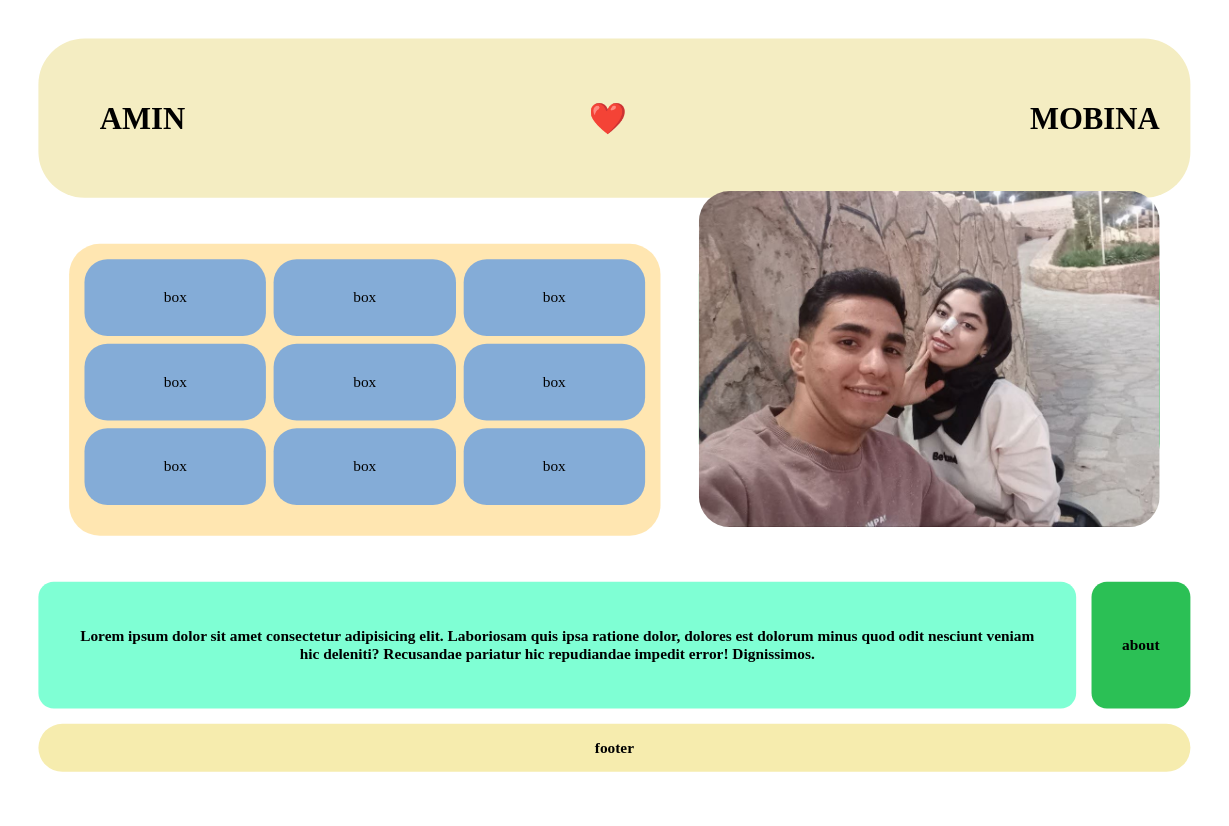
Repository: aminsheikhan/amins-github
Page: ui1.html
These files come from the project's save history. The page is drawn as it stood at one moment and after the next save; the edit follows.
The browser window is 1280 px wide. The pictures show the whole page, at 96% of full size.

Above is the page before, as saved 2026-01-07 18:10:04.

### ui1.html
<!DOCTYPE html>
<html lang="en">

<head>
    <meta charset="UTF-8">
    <meta name="viewport"">
    <title>Css Position</title>
    <link rel="stylesheet" href="./ui1.css">

</head>

<body>
    <header class="header">

        <!-- <navbar class="navbar">
            <a href="#">Home</a>
            <a href="#">Courses</a>
            <a href="#">About Me</a>

        </navbar> -->

        <h1 class="Brand">AMIN</h1>
        <h3 class="haert">❤️</h3>
        <h2 class="navbar">MOBINA</h2>

    </header>

    <div class="main">

        <div class="content">
            <div class="course-list">

                <div class="box"><span>box</span></div>
                <div class="box"><span>box</span></div>
                <div class="box"><span>box</span></div>
                <div class="box"><span>box</span></div>
                <div class="box"><span>box</span></div>
                <div class="box"><span>box</span></div>
                <div class="box"><span>box</span></div>
                <div class="box"><span>box</span></div>
                <div class="box"><span>box</span></div>

            </div>
        </div>
        <div class="sidebar">
            <!-- <span>sidebar</span> -->
            <img class="imgg"  src="one.png" alt="hourseoto">

        </div>

    </div>

    <div class="main-second">
        <div class="intro-box">
            <span>about</span>
        </div>

        <div class="about-section">
            <p>Lorem ipsum dolor sit amet consectetur adipisicing elit. Laboriosam quis ipsa ratione dolor, dolores est dolorum minus quod odit nesciunt veniam hic deleniti? Recusandae pariatur hic repudiandae impedit error! Dignissimos.</p>

        </div>

    </div>

    <div class="footer">
        <span>footer</span>
    </div>

</body>

</html>

### ui1.css
html {
    font-size: 100%;
}

body{
    padding: 2rem;
}

.header {
    background-color:#f4edc2 ;
    border-radius: 3rem;
    margin-bottom: 1rem;
    padding: 2rem;
    display: flex;
    align-items: center;
    justify-content: space-between;
}

.header .Brand {
    font-weight: bold;
    font-size: 2rem;
    margin-left: 2rem;
}

.header .haert{
    font-weight: bold;
    font-size: 2rem;
    margin-left: 2rem;
}

.header .navbar {
    font-weight: bold;
    font-size: 2rem;
    margin-left: 2rem;
}

.main {

    padding: 2rem;
    margin-bottom: 1rem;
    border-radius: 3rem;
    display: flex;
    gap: 2.5rem;
}

.sidebar{
    background-color: #2bc055;
    flex-basis: 30%;
    display: flex;
    justify-content: center;
    align-items: center;
    font-size: 1rem;
    font-weight: bold;
    border-radius: 2rem;
    max-width: 30rem;
    max-height: 15rem;
}

.content{
    background-color: rgba(255, 223, 155, 0.779);
    padding: 1rem;
    flex-basis: 70%;
    border-radius: 2rem;
}

.content .course-list{

    flex-wrap: wrap ;
    margin-bottom: 1rem;
    display: flex;
    gap: 0.5rem;
}

.content .course-list .box{
    background-color: rgba(0, 110, 255, 0.483);
    flex-grow: 1;
    display: flex;
    justify-content: center;
    align-items: center;
    height: 5rem;
    border-radius: 1.5rem;
    flex-basis: calc(33.33% - 0.5rem);
    min-height: ;
}

.main-second {

    margin-bottom: 1rem;
    display: flex;
    flex-direction: row-reverse;
    gap: 1rem;
    text-align: center;

}

.imgg{
    min-height: 100%;
    min-width: 100%;
    border-radius: 2rem;
}

.intro-box{
    background-color: #2bc055;
    padding: 2rem;
    border-radius: 1rem;
    font-weight: bold;
    display: flex;
    align-items: center;
    justify-content: center;
}

.about-section{
    background-color: aquamarine;
    padding: 2rem;
    border-radius: 1rem;
    font-weight: bold;
    display: flex;
    align-items: center;
    justify-content: center;
}

.footer{
    background-color:#f6ecae ;
    margin-bottom: 1rem;
    padding: 1rem;
    text-align: center;
    border-radius: 2rem;
    font-weight: bold;
    justify-content: center;
}

After the next save:
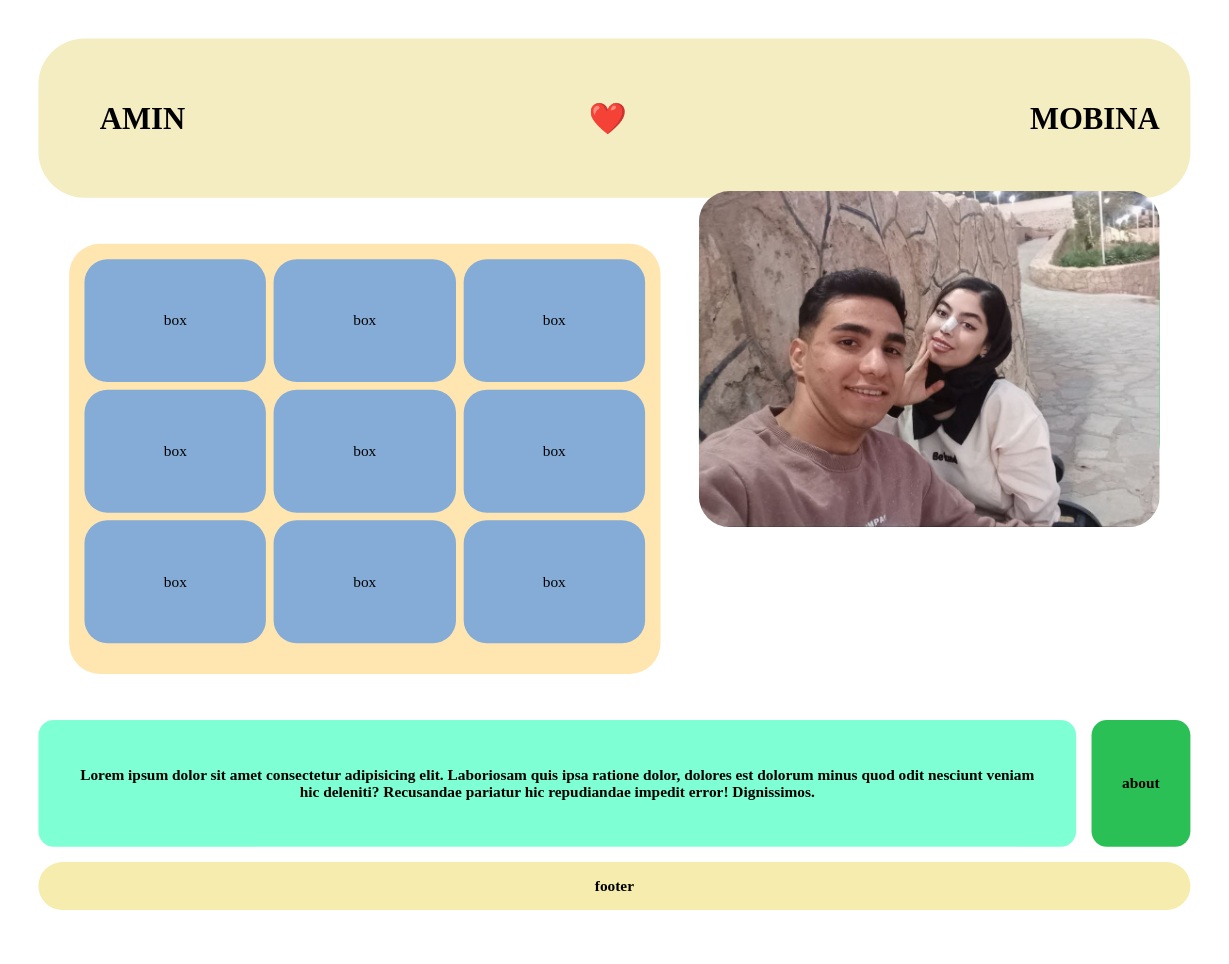
Saved 8 s later.
--- a/ui1.css
+++ b/ui1.css
@@ -80,7 +80,7 @@
     height: 5rem;
     border-radius: 1.5rem;
     flex-basis: calc(33.33% - 0.5rem);
-    min-height: ;
+    min-height: 8rem;
 }
 
 .main-second {

After the save that followed:
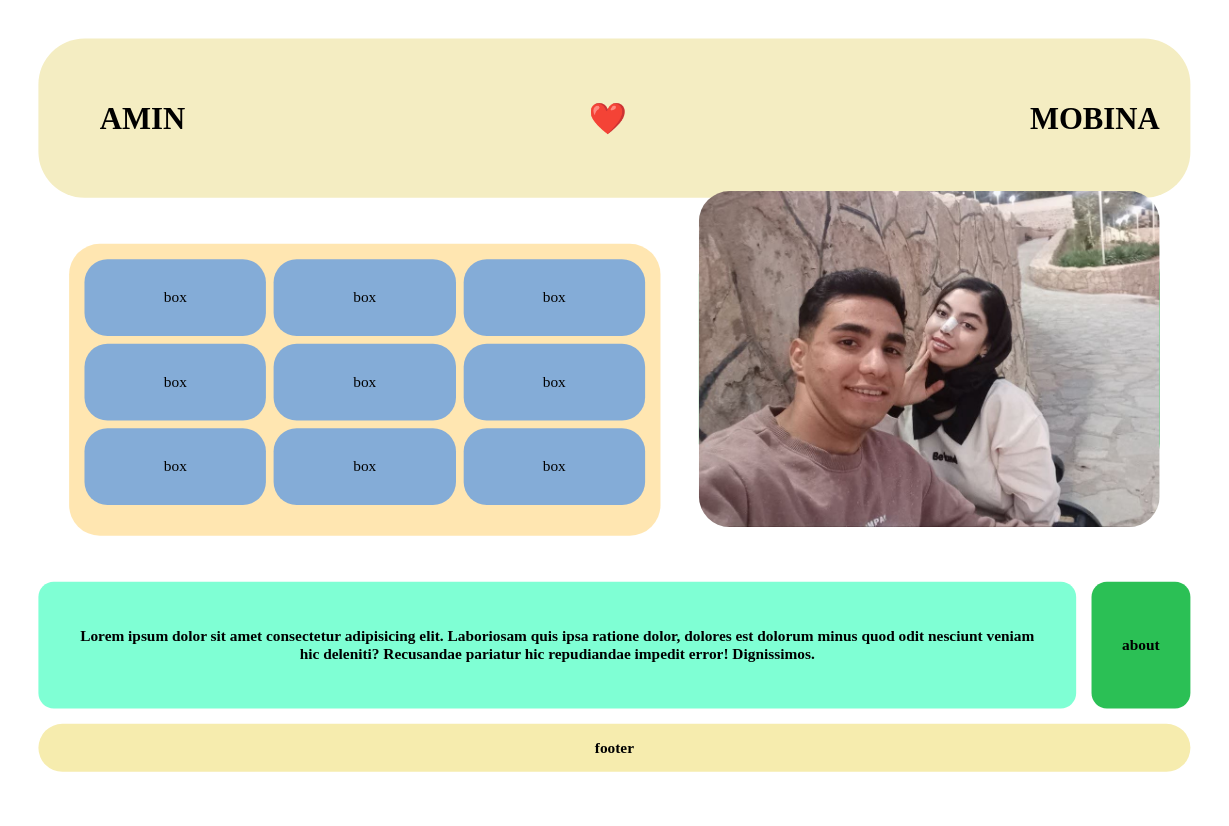
Saved 17 s later.
--- a/ui1.css
+++ b/ui1.css
@@ -80,7 +80,7 @@
     height: 5rem;
     border-radius: 1.5rem;
     flex-basis: calc(33.33% - 0.5rem);
-    min-height: 8rem;
+    min-height: ;
 }
 
 .main-second {
